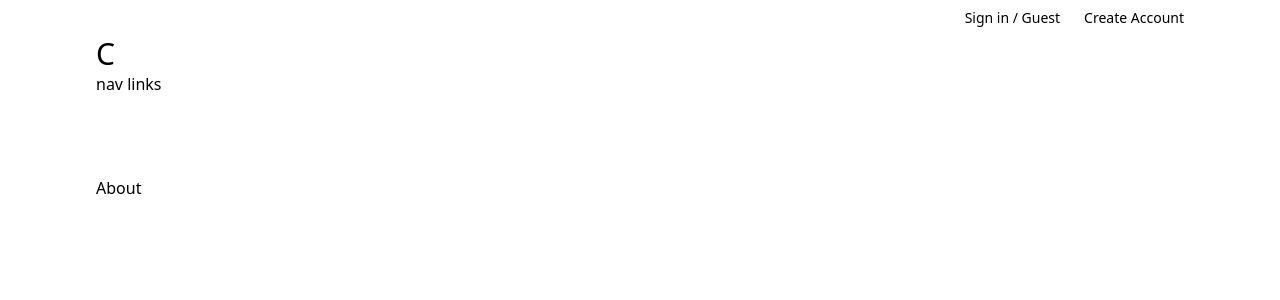
Repository: dydals3440/cool-store
Page: /cart
An editor plug-in stored every save of this project. The page is shown before and after the next save, followed by the edit.
The browser window is 1280 px wide. The pictures show the whole page.
The project was rebuilt for these pictures with package versions that can differ from the ones it lists, and the page was loaded fresh each time. Also part of the build but not shown: vite.config.js, src/pages/About.jsx, src/pages/Checkout.jsx, src/pages/Error.jsx, src/components/FormInput.jsx, src/components/SubmitBtn.jsx, src/pages/Landing.jsx, src/pages/Login.jsx and 3 more. Imported but missing from the stored project, and not drawn on this page: src/pages/Orders.

Above is the page before, as saved 2023-09-17 22:30:19.

### src/main.jsx
import ReactDOM from 'react-dom/client';
import App from './App.jsx';
import './index.css';

ReactDOM.createRoot(document.getElementById('root')).render(
  <>
    <App />
  </>
);

### src/App.jsx
import { RouterProvider, createBrowserRouter } from 'react-router-dom';
import {
  About,
  Cart,
  CheckOut,
  Error,
  HomeLayout,
  Landing,
  Login,
  Orders,
  Products,
  Register,
  SingleProduct,
} from './pages';

const router = createBrowserRouter([
  {
    path: '/',
    element: <HomeLayout />,
    errorElement: <Error />,
    children: [
      {
        index: true,
        element: <Landing />,
      },
      {
        path: 'products',
        element: <Products />,
      },
      {
        path: 'products/:id',
        element: <SingleProduct />,
      },
      {
        path: 'cart',
        element: <Cart />,
      },
      {
        path: 'about',
        element: <About />,
      },
      {
        path: 'checkout',
        element: <CheckOut />,
      },
      {
        path: 'orders',
        element: <Orders />,
      },
    ],
  },
  {
    path: '/login',
    element: <Login />,
    errorElement: <Error />,
  },
  {
    path: '/register',
    element: <Register />,
    errorElement: <Error />,
  },
]);

const App = () => {
  return <RouterProvider router={router} />;
};

export default App;

### src/pages/index.js
export { default as About } from './About';
export { default as Cart } from './Cart';
export { default as CheckOut } from './Checkout';
export { default as Error } from './Error';
export { default as HomeLayout } from './HomeLayout';
export { default as Landing } from './Landing';
export { default as Login } from './Login';
export { default as Orders } from './Orders';
export { default as Products } from './Products';
export { default as Register } from './Register';
export { default as SingleProduct } from './SingleProduct';

### src/pages/Cart.jsx
const Cart = () => {
  return <h1 className='text-4'>About</h1>;
};

export default Cart;

### src/pages/HomeLayout.jsx
import { Outlet } from 'react-router-dom';
import { Header, Navbar } from '../components';

const HomeLayout = () => {
  return (
    <>
      <nav>
        <Header />
        <Navbar />
      </nav>
      <section className='align-element py-20'>
        <Outlet />
      </section>
    </>
  );
};

export default HomeLayout;

### src/components/index.js
export { default as FormInput } from './FormInput';
export { default as SubmitBtn } from './SubmitBtn';
export { default as Header } from './Header';
export { default as Navbar } from './Navbar';

### src/components/Header.jsx
import { Link } from 'react-router-dom';

const Header = () => {
  return (
    <div className='bg-neutral py-2 text-neutral-content'>
      <div className='align-element flex justify-center sm:justify-end'>
        {/* USER */}
        <div className='flex gap-x-6 justify-center items-center'>
          <Link to='/login' className='link link-hover text-xs sm:text-sm'>
            Sign in / Guest
          </Link>
          <Link to='/login' className='link link-hover text-xs sm:text-sm'>
            Create Account
          </Link>
        </div>
      </div>
    </div>
  );
};

export default Header;

### src/components/Navbar.jsx
import { BsCart3, BsMoonFill, BsSunFill } from 'react-icons/bs';
import { FaBarsStaggered } from 'react-icons/fa6';
import { NavLink } from 'react-router-dom';

const Navbar = () => {
  return (
    <nav className='bg-base-200'>
      <div className='navbar align-element'>
        <div className='navbar-start'>
          {/* TITLE */}
          <NavLink
            to='/'
            className='hidden lg:flex btn btn-primary text-3xl items-center'
          >
            C
          </NavLink>
          {/* DROPDOWN */}
        </div>
        <div className='navbar-center hidden lg:flex'>
          <ul className='menu menu-horizontal'>nav links</ul>
        </div>
        <div className='navbar-end'></div>
      </div>
    </nav>
  );
};

export default Navbar;

Loaded but not shown: index.html (common file); src/index.css (common file); tailwind.config.js (common file)

After the next save:
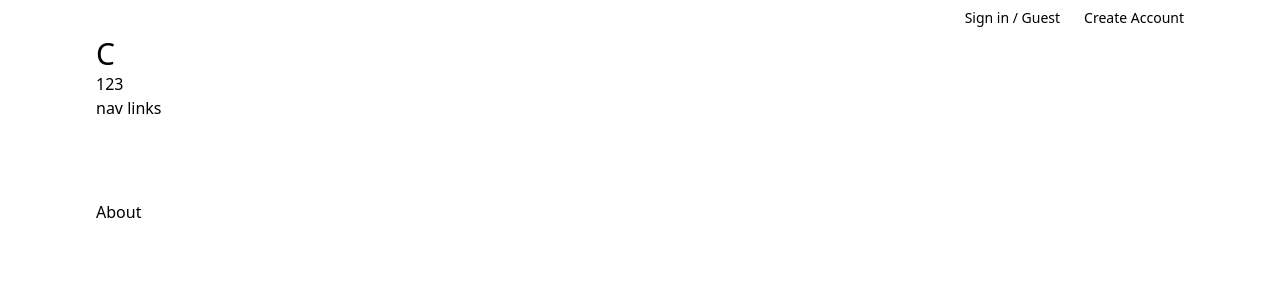
Saved 7 s later.
--- a/src/components/Navbar.jsx
+++ b/src/components/Navbar.jsx
@@ -15,6 +15,7 @@
             C
           </NavLink>
           {/* DROPDOWN */}
+          <div className='dropdown'>123</div>
         </div>
         <div className='navbar-center hidden lg:flex'>
           <ul className='menu menu-horizontal'>nav links</ul>

After the save that followed:
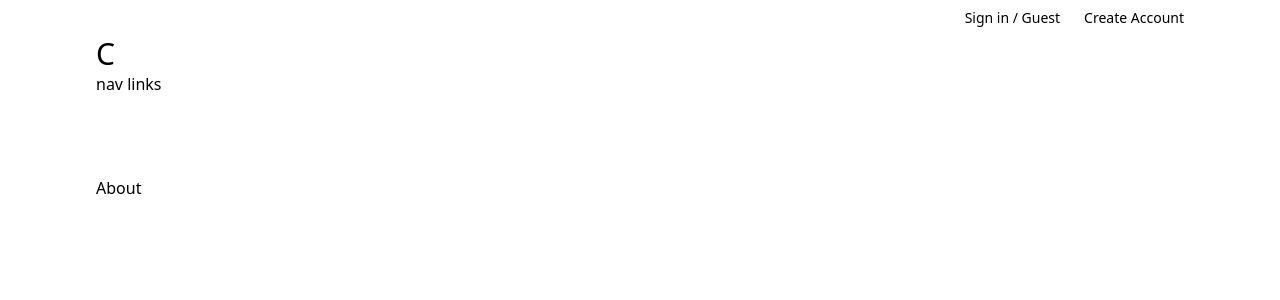
Saved 14 s later.
--- a/src/components/Navbar.jsx
+++ b/src/components/Navbar.jsx
@@ -15,7 +15,9 @@
             C
           </NavLink>
           {/* DROPDOWN */}
-          <div className='dropdown'>123</div>
+          <div className='dropdown'>
+            <label tabIndex={0}></label>
+          </div>
         </div>
         <div className='navbar-center hidden lg:flex'>
           <ul className='menu menu-horizontal'>nav links</ul>
